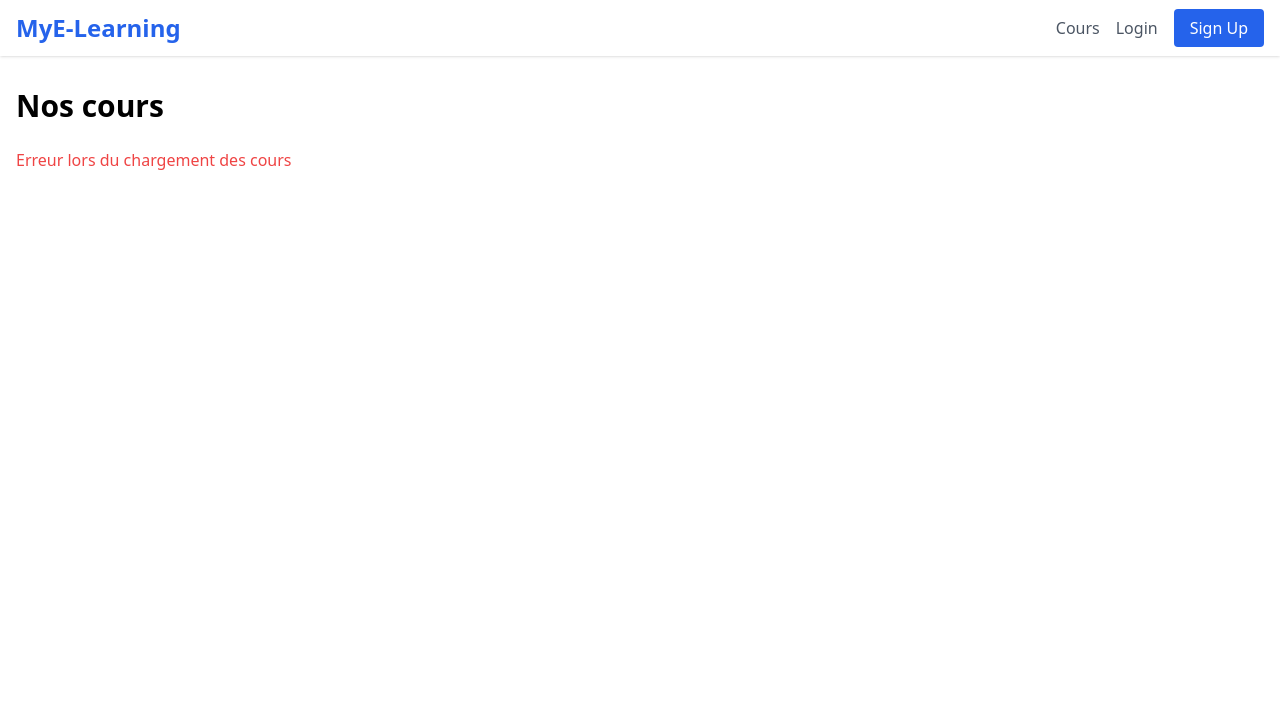
Repository: abdernossair/Studyfi
Page: /courses (app in frontend-react/)
An editor plug-in stored every save of this project. The page is shown before and after the next save, followed by the edit.
The browser window is 1280 px wide. The pictures show the whole page.
The page's requests for data from a server got no answer. The project was rebuilt for these pictures with package versions that can differ from the ones it lists, and the page was loaded fresh each time. No one was signed in, and anything a server would have sent is missing. Also part of the build but not shown: frontend-react/src/pages/Home.js, frontend-react/src/pages/Login.js, frontend-react/src/pages/Signup.js, frontend-react/src/pages/CourseDetail.js.

Above is the page before, as saved 2025-01-08 02:28:35.

### frontend-react/public/index.html
<!DOCTYPE html>
<html lang="fr">
  <head>
    <meta charset="utf-8" />
    <meta name="viewport" content="width=device-width, initial-scale=1" />
    <!-- Balise <title> pour le nom de ton appli -->
    <title>Mon Application E-Learning</title>

    <!-- Exemple d'icône pour l'onglet (facultatif) -->
    <link rel="icon" href="%PUBLIC_URL%/favicon.ico" />
  </head>
  <body>
    <!-- Message si JavaScript est désactivé -->
    <noscript>Vous devez activer JavaScript pour pouvoir utiliser cette application.</noscript>

    <!-- La div où React va injecter toute l’app -->
    <div id="root"></div>
  </body>
</html>

### frontend-react/src/index.js
import React from 'react';
import ReactDOM from 'react-dom/client';
import './index.css'; // <-- Import Tailwind ici
import App from './App';
import { BrowserRouter } from 'react-router-dom';

const root = ReactDOM.createRoot(document.getElementById('root'));
root.render(
  <BrowserRouter>
    <App />
  </BrowserRouter>
);

### frontend-react/src/App.js
import React from 'react';
import { Routes, Route } from 'react-router-dom';
import Home from './pages/Home';
import Login from './pages/Login';
import Signup from './pages/Signup';
import Courses from './pages/Courses';
import CourseDetail from './pages/CourseDetail';
import Navbar from './components/Navbar';

function App() {
  return (
    <div>
      {/* On affiche la barre de navigation en haut */}
      <Navbar />

      {/* Définition des routes */}
      <Routes>
        <Route path="/" element={<Home />} />
        <Route path="/login" element={<Login />} />
        <Route path="/signup" element={<Signup />} />
        <Route path="/courses" element={<Courses />} />
        <Route path="/courses/:id" element={<CourseDetail />} />
      </Routes>
    </div>
  );
}

export default App;

### frontend-react/src/pages/Courses.js
import React, { useEffect, useState } from 'react';
import { Link } from 'react-router-dom';
import { getAllCourses } from '../services/api';

const Courses = () => {
  const [courses, setCourses] = useState([]);
  const [error, setError] = useState('');

  useEffect(() => {
    const fetchCourses = async () => {
      try {
        const { data } = await getAllCourses();
        setCourses(data);
      } catch (err) {
        setError(err.response?.data?.error || 'Erreur lors du chargement des cours');
      }
    };
    fetchCourses();
  }, []);

  return (
    <div className="container mx-auto px-4 py-8">
      <h2 className="text-3xl font-bold mb-6">Nos cours</h2>
      {error && <p className="text-red-500 mb-4">{error}</p>}

      <div className="grid md:grid-cols-3 gap-6">
        {courses.map(course => (
          <Link
            key={course._id}
            to={`/courses/${course._id}`}
            className="block bg-white shadow rounded overflow-hidden hover:shadow-lg transition"
          >
            <img
              src="https://images.unsplash.com/photo-1523240795612-9a054b0db644?auto=format&w=800&q=80"
              alt="course"
              className="w-full h-40 object-cover"
            />
            <div className="p-4">
              <h3 className="text-xl font-semibold mb-2">{course.title}</h3>
              <p className="text-gray-600 mb-2">
                {course.description?.slice(0, 80)}...
              </p>
              <p className="text-blue-600 font-bold">
                {course.price === 0 ? 'Gratuit' : `${course.price} €`}
              </p>
            </div>
          </Link>
        ))}
      </div>
    </div>
  );
};

export default Courses;

### frontend-react/src/components/Navbar.js
import React from 'react';
import { Link } from 'react-router-dom';

const Navbar = () => {
  return (
    <header className="bg-white shadow sticky top-0 z-50">
      <div className="container mx-auto px-4 py-3 flex items-center justify-between">
        <Link to="/" className="text-2xl font-bold text-blue-600">
          MyE-Learning
        </Link>

        <nav className="space-x-4">
          <Link
            to="/courses"
            className="text-gray-600 hover:text-blue-600 transition"
          >
            Cours
          </Link>
          <Link
            to="/login"
            className="text-gray-600 hover:text-blue-600 transition"
          >
            Login
          </Link>
          <Link
            to="/signup"
            className="px-4 py-2 bg-blue-600 text-white rounded hover:bg-blue-700 transition"
          >
            Sign Up
          </Link>
        </nav>
      </div>
    </header>
  );
};

export default Navbar;

### frontend-react/src/services/api.js
import axios from 'axios';

// L'API Gateway tourne probablement sur le port 3000
const API_URL = 'http://localhost:3000';

// ----- Authentification -----
export const signupUser = (payload) => {
  return axios.post(`${API_URL}/auth/signup`, payload);
};

export const loginUser = (payload) => {
  return axios.post(`${API_URL}/auth/login`, payload);
};

// ----- E-Learning : Cours -----
export const getAllCourses = () => {
  return axios.get(`${API_URL}/courses`);
};

export const getCourseById = (courseId) => {
  return axios.get(`${API_URL}/courses/${courseId}`);
};

// Tu peux aussi ajouter une fonction pour créer un cours, etc.
// export const createCourse = (payload) => {
//   const token = localStorage.getItem('token');
//   return axios.post(`${API_URL}/courses`, payload, {
//     headers: {
//       Authorization: `Bearer ${token}`
//     }
//   });
// };

### frontend-react/src/components/Footer.js
import React from 'react';

const Footer = () => {
  return (
    <footer className="bg-gray-800 text-gray-300 py-6 mt-10">
      <div className="container mx-auto px-4 text-center">
        <p>© {new Date().getFullYear()} MyE-Learning. Tous droits réservés.</p>
      </div>
    </footer>
  );
};

export default Footer;

Loaded but not shown: frontend-react/src/index.css (common file); frontend-react/tailwind.config.js (common file)

After the next save:
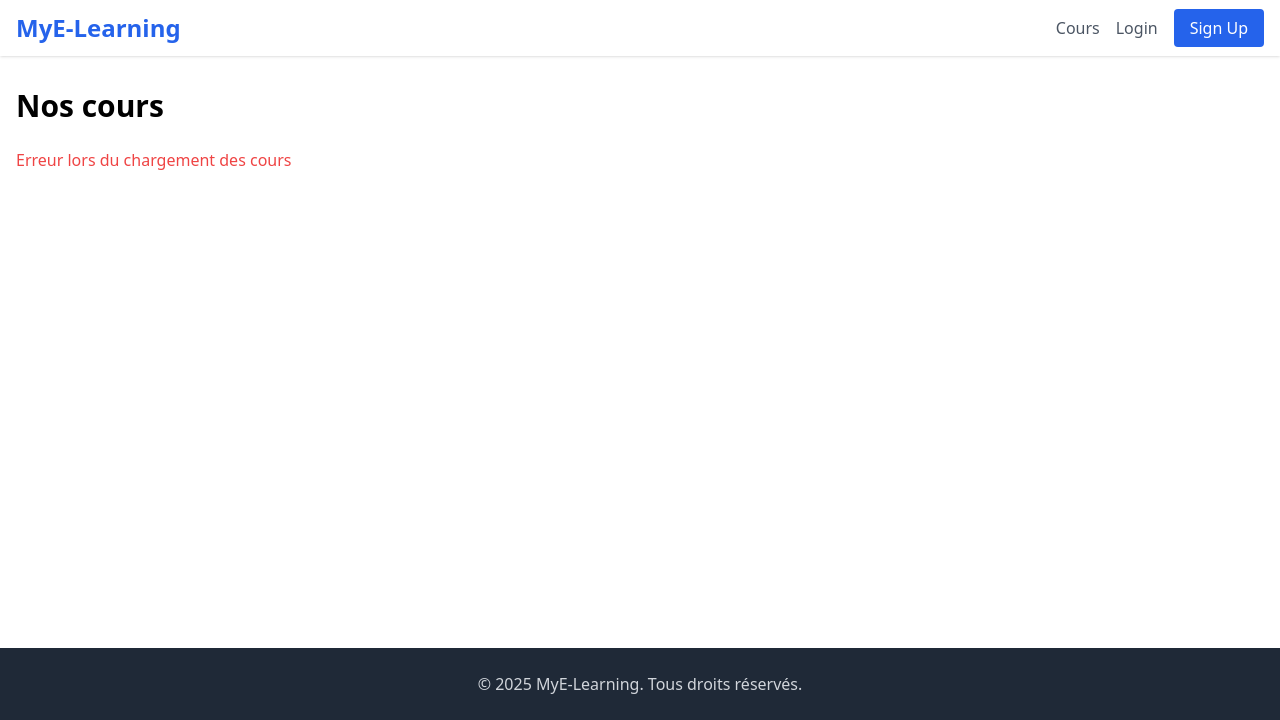
Saved 66 s later.
--- a/frontend-react/src/App.js
+++ b/frontend-react/src/App.js
@@ -1,26 +1,33 @@
 import React from 'react';
 import { Routes, Route } from 'react-router-dom';
+import Navbar from './components/Navbar';
+import Footer from './components/Footer';
+
 import Home from './pages/Home';
 import Login from './pages/Login';
 import Signup from './pages/Signup';
 import Courses from './pages/Courses';
 import CourseDetail from './pages/CourseDetail';
-import Navbar from './components/Navbar';
 
 function App() {
   return (
-    <div>
-      {/* On affiche la barre de navigation en haut */}
+    <div className="flex flex-col min-h-screen">
+      {/* NAVBAR */}
       <Navbar />
 
-      {/* Définition des routes */}
-      <Routes>
-        <Route path="/" element={<Home />} />
-        <Route path="/login" element={<Login />} />
-        <Route path="/signup" element={<Signup />} />
-        <Route path="/courses" element={<Courses />} />
-        <Route path="/courses/:id" element={<CourseDetail />} />
-      </Routes>
+      {/* ROUTES (main content) */}
+      <div className="flex-grow">
+        <Routes>
+          <Route path="/" element={<Home />} />
+          <Route path="/courses" element={<Courses />} />
+          <Route path="/courses/:id" element={<CourseDetail />} />
+          <Route path="/login" element={<Login />} />
+          <Route path="/signup" element={<Signup />} />
+        </Routes>
+      </div>
+
+      {/* FOOTER */}
+      <Footer />
     </div>
   );
 }
